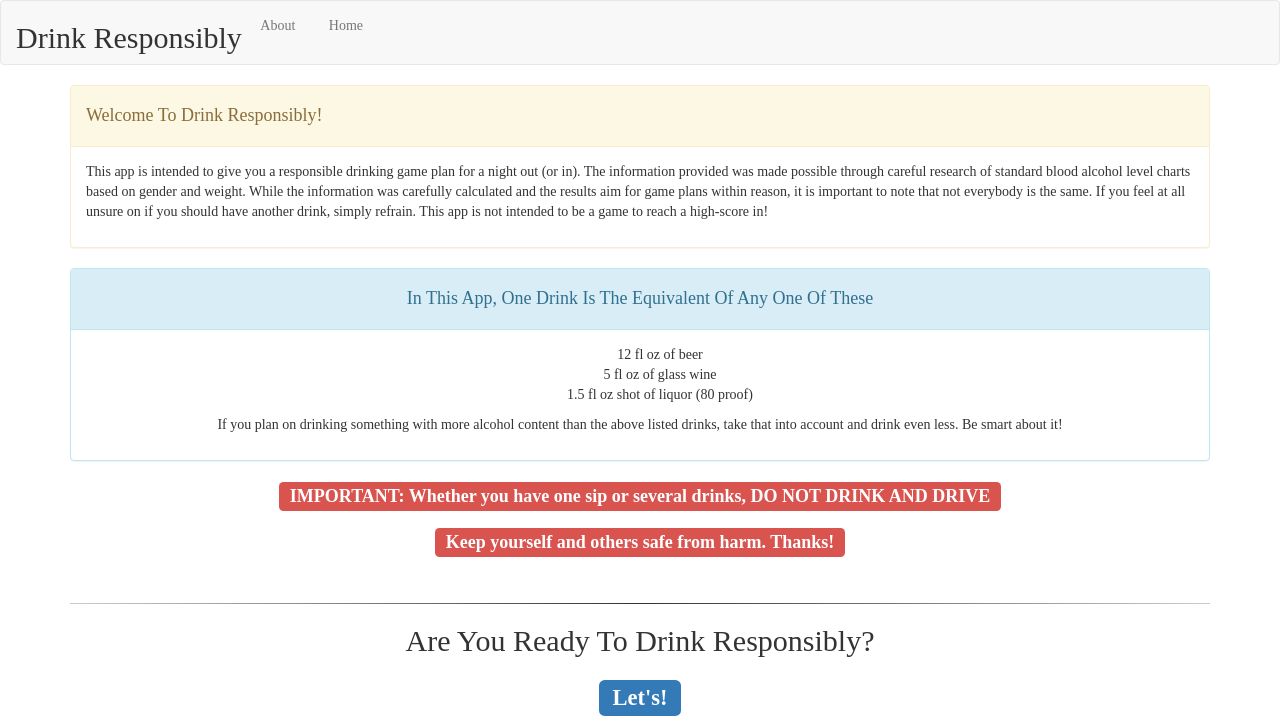
Repository: NatNat180/DrinkResponsibly
Page: http://localhost/DrinkResponsibly/
The author's editor kept a copy of each file at every save. The page is drawn from the files as they stood at one save, then again after the next save.
The browser window is 1280 px wide. The pictures show the whole page.
Some web fonts or font styles are not loaded; a fallback is used. The page is served by Tomcat 9. Other server files are loaded and not shown.

Above is the page before, as saved 2016-04-07 20:40:06.

### DrinkResponsibly/WebContent/WEB-INF/about.jsp
<%@ page language="java" contentType="text/html; charset=UTF-8"
    pageEncoding="ISO-8859-1"%>
<%@ taglib prefix="c" uri="http://java.sun.com/jsp/jstl/core" %>
<!DOCTYPE html>
<html lang="eng">
<head>
<meta http-equiv="Content-Type" content="text/html; charset=UTF-8">
<link rel="stylesheet" type="text/css" href="bootstrap/css/bootstrap.css"/>
<link rel="stylesheet" type="text/css" href="css/style.css"/>
<title>What Is Drink Responsibly?</title>
</head>
<body>
<c:import url="/WEB-INF/navigation.html"/>
<section class="container">

<div class="panel panel-warning">
<div class="panel-heading">
<h4>Welcome To Drink Responsibly!</h4>
</div>
<div class="panel-body">
	<p>This app is intended to give you a responsible drinking game plan for a night out
	(or in). The information provided was made possible through careful research of
	standard blood alcohol level charts based on gender and weight. While the
	information was carefully calculated and the results aim for game plans
	within reason, it is important to note that not everybody is the same.
	If you feel at all unsure on if you should have another drink, simply refrain.
	This app is not intended to be a game to reach a high-score in!</p>
</div>
</div>

<div class="center-text">

	<div class="panel panel-info">
	<div class="panel-heading">
	<h4>In This App, One Drink Is The Equivalent Of Any One Of These</h4>
	</div>
	<div class="panel-body">
		<ul>
			<li>12 fl oz of beer</li>
			<li>5 fl oz of glass wine</li>
			<li>1.5 fl oz shot of liquor (80 proof)</li>
		</ul>
	<p>If you plan on drinking something with more alcohol content than the above
	listed drinks, take that into account and drink even less. Be smart about it!</p>
	</div>
	</div>

	<h3><span class="label label-danger">IMPORTANT: Whether you have one sip or several drinks, DO NOT DRINK AND DRIVE</span></h3>
	<h3><span class="label label-danger">Keep yourself and others safe from harm. Thanks!</span></h3>
	<br>
	<hr>

<h2>Are You Ready To Drink Responsibly?</h2>
	<h2><span class="label label-primary"><a href="form">Let's!</a></span></h2>

</div><!-- end text center -->

</section>
</body>
</html>

### DrinkResponsibly/WebContent/WEB-INF/navigation.html
<nav class="navbar navbar-default" role="navigation">
	<div class="container-fluid">
		<div class="navbar-header">
		  <h1 class="nav-title" style="font-size: 30px;">Drink Responsibly</h1>
		</div>
		<ul class="nav navbar-nav navbar-left">
			<li id="right"><a href="">&nbsp;About</a>
			<li id="right"><a href="form">&nbsp;Home</a>
		</ul>
	</div>
</nav>

### DrinkResponsibly/src/com/application/Home.java
package com.application;

import java.io.IOException;
import javax.servlet.ServletException;
import javax.servlet.annotation.WebServlet;
import javax.servlet.http.HttpServlet;
import javax.servlet.http.HttpServletRequest;
import javax.servlet.http.HttpServletResponse;

@WebServlet("")
public class Home extends HttpServlet {
	private static final long serialVersionUID = 1L;

    public Home() {
        super();

    }

	protected void doPost(HttpServletRequest request, HttpServletResponse response) throws ServletException, IOException {

		doGet(request, response);
	}

	protected void doGet(HttpServletRequest request, HttpServletResponse response) throws ServletException, IOException {

			request.getServletContext().getRequestDispatcher("/WEB-INF/about.jsp").forward(request, response);

	}

}

### DrinkResponsibly/WebContent/css/style.css
@import url(https://fonts.googleapis.com/css?family=Fjalla+One|Poiret+One|Bitter|Arvo|Amatic+SC:400,700);

/*
font-family: 'Fjalla One', sans-serif;
font-family: 'Poiret One', cursive;
font-family: 'Bitter', serif;
font-family: 'Arvo', serif;
font-family: 'Amatic SC', cursive;
*/

h1 {font-family: 'Poiret One', cursive;}
body {font-family: 'Arvo', serif;}
.center-text {text-align:center;}

ul {
	list-style-type: none;
}

.label a {
	color: white;
}

a:hover{
	text-decoration: none;
	color: #55555;
}

form p {
	margin-top: 5px;
	margin-bottom: 5px;
}

hr {
	border: 0;
	height: 1px;
	background: #333;
	background-image: linear-gradient(to right, #ccc, #333, #ccc);
}

Loaded but not shown: DrinkResponsibly/WebContent/bootstrap/css/bootstrap.css (library)

After the next save:
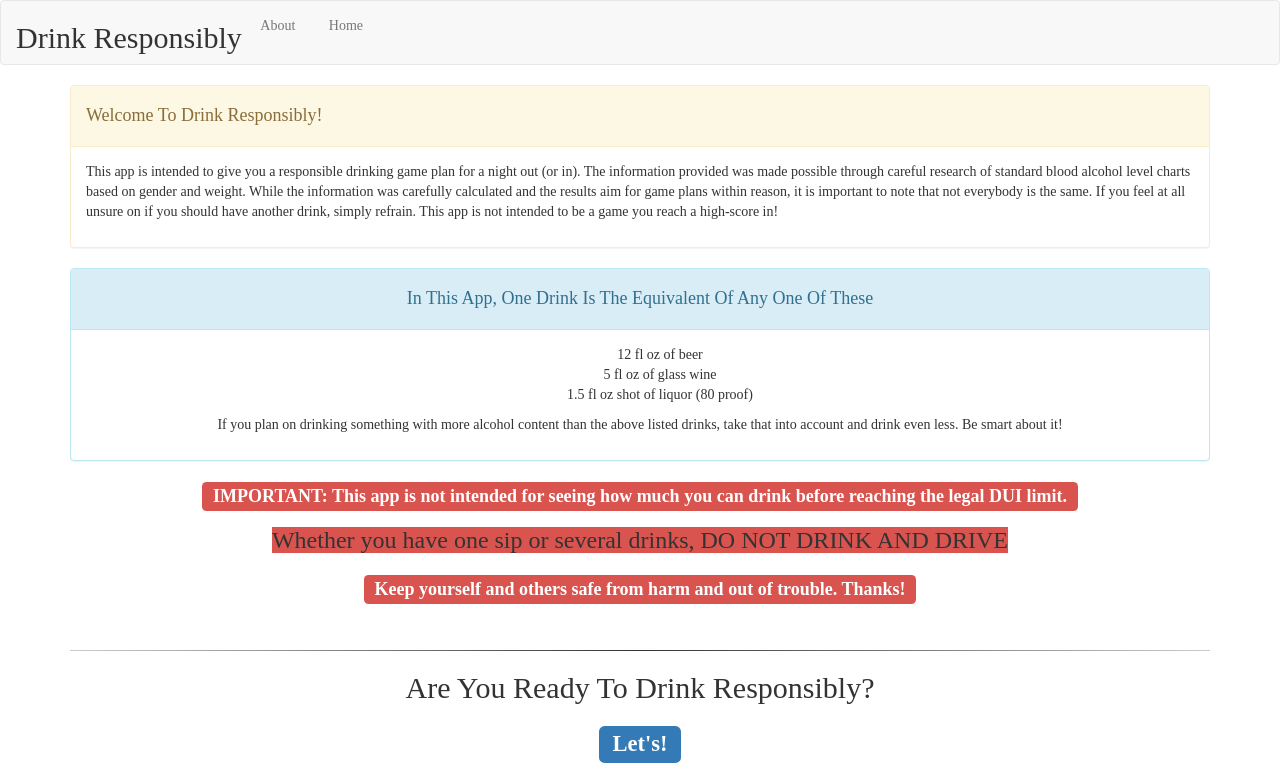
Saved 5 min 19 s later.
--- a/DrinkResponsibly/WebContent/WEB-INF/about.jsp
+++ b/DrinkResponsibly/WebContent/WEB-INF/about.jsp
@@ -24,7 +24,7 @@
 	information was carefully calculated and the results aim for game plans
 	within reason, it is important to note that not everybody is the same.
 	If you feel at all unsure on if you should have another drink, simply refrain.
-	This app is not intended to be a game to reach a high-score in!</p>
+	This app is not intended to be a game you reach a high-score in!</p>
 </div>
 </div>
 
@@ -45,8 +45,9 @@
 	</div>
 	</div>
 
-	<h3><span class="label label-danger">IMPORTANT: Whether you have one sip or several drinks, DO NOT DRINK AND DRIVE</span></h3>
-	<h3><span class="label label-danger">Keep yourself and others safe from harm. Thanks!</span></h3>
+	<h3><span class="label label-danger">IMPORTANT: This app is not intended for seeing how much you can drink before reaching the legal DUI limit.</span></h3>
+	<h3><span class="labal label-danger">Whether you have one sip or several drinks, DO NOT DRINK AND DRIVE</span></h3>
+	<h3><span class="label label-danger">Keep yourself and others safe from harm and out of trouble. Thanks!</span></h3>
 	<br>
 	<hr>
 
